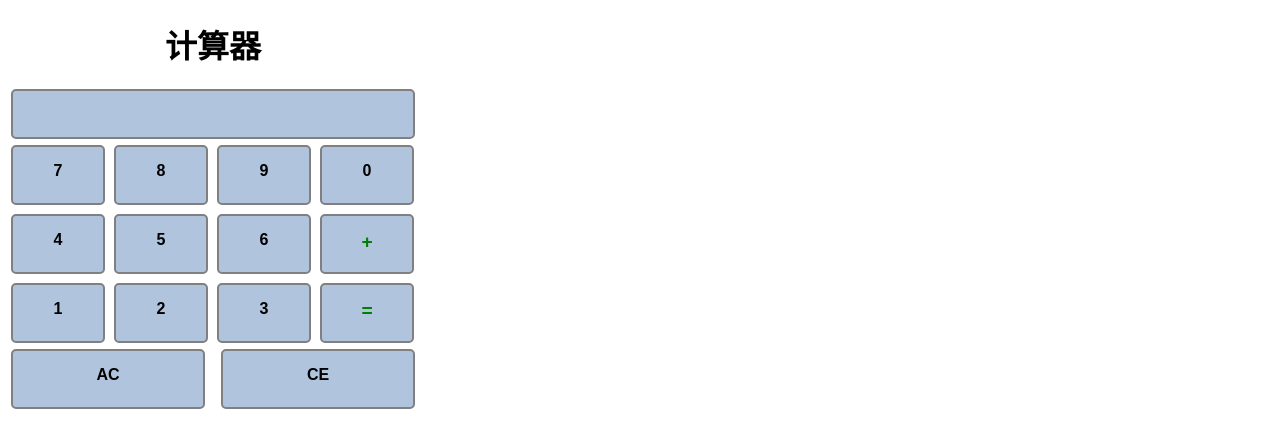
Repository: fzw1202/web-calculator
Page: index.html
The author's editor kept a copy of each file at every save. The page is drawn from the files as they stood at one save, then again after the next save.
The browser window is 1280 px wide. The pictures show the whole page.

Above is the page before, as saved 2023-03-24 14:39:54.

After the next save:
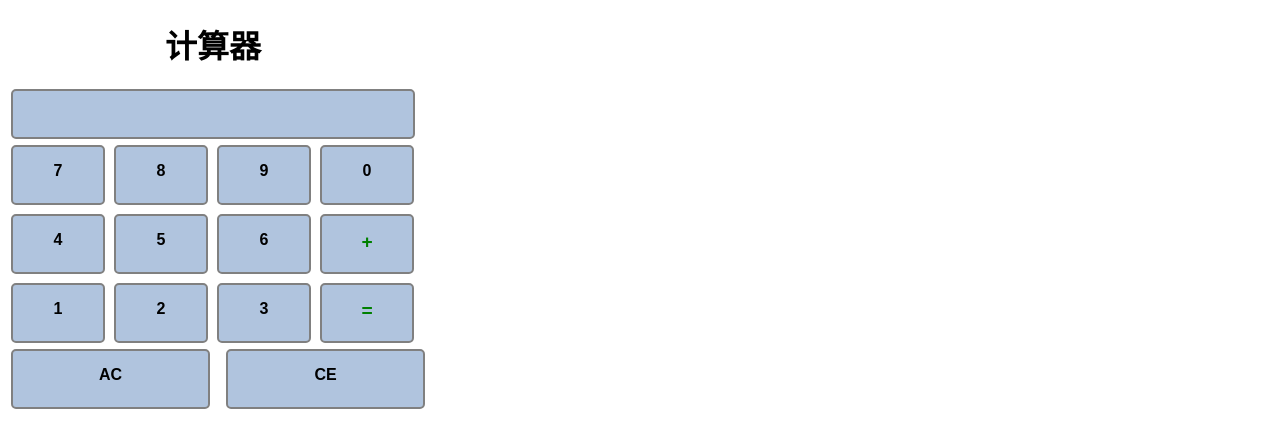
Saved 30 s later.
--- a/css/style.css
+++ b/css/style.css
@@ -53,7 +53,7 @@ body {
 
 .function{
     display: grid;
-    grid-template-columns: 200px 200px;
+    grid-template-columns: 205px 205px;
     gap: 10px;
 }
 
